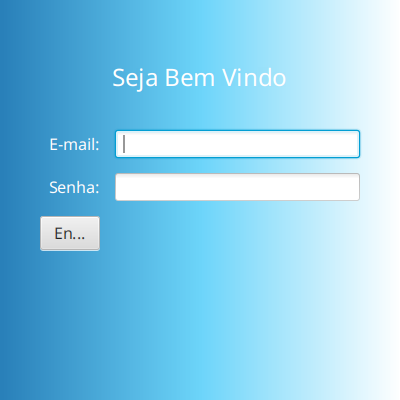
Repository: AlanVidalll/Curso-Java-Completo
Program's window: java exercicios-javafx/src/fxmll/AppFXML.java
The author's editor kept a copy of each file at every save. The program's window is drawn from the files as they stood at one save, then again after the next save.
It runs on Java 21 on a 1366 x 768 screen with JavaFX 11; the title bar is not drawn.

Above is the program's window before, as saved 2020-04-12 13:14:19.

### exercicios-javafx/src/fxmll/AppFXML.java
package fxmll;

import java.net.URL;

import javafx.application.Application;
import javafx.fxml.FXMLLoader;
import javafx.scene.Scene;
import javafx.scene.layout.GridPane;
import javafx.stage.Stage;

public class AppFXML extends Application{

	@Override
	public void start(Stage primaryStage) throws Exception {
		String arquivoCSS = getClass().getResource("/fxmll/Login.css").toExternalForm();
		URL arquivoFXML = getClass().getResource("/fxmll/Login.fxml");
        GridPane rais = FXMLLoader.load(arquivoFXML);

		Scene cena = new Scene(rais,400,400);
		cena.getStylesheets().add(arquivoCSS);

		primaryStage.setResizable(false);
		primaryStage.setTitle("Tela de Login");
		primaryStage.setScene(cena);
		primaryStage.show();
	}

	public static void main(String[] args) {
		launch(args);
	}

}

### exercicios-javafx/src/fxmll/LoginControlador.java
package fxmll;

import javafx.fxml.FXML;
import javafx.scene.control.PasswordField;
import javafx.scene.control.TextField;

public class LoginControlador {


	@FXML
	private TextField campoEmail;
	@FXML
	private PasswordField campoSenha;

	public void entrar() {
		boolean emailValido = campoEmail.getText().equals("alanvidal@gmail.com");
		boolean senhaValida = campoSenha.getText().equals("123456");


		if(emailValido && senhaValida) {

			System.out.println("Sucesso");
		}else {

			System.out.println("Invalido");
		}
}
}

### exercicios-javafx/src/fxmll/Login.fxml
<?xml version="1.0" encoding="UTF-8"?>

<?import javafx.geometry.Insets?>
<?import javafx.scene.layout.*?>
<?import javafx.scene.control.*?>

<GridPane xmlns:fx="http://javafx.com/fxml/1"
fx:controller="fxmll.LoginControlador"
styleClass="login" hgap="15" vgap="15">

     <padding>
     <Insets  left="40" right="40" top="40" bottom="40"/>
     </padding>

     <columnConstraints>
     <ColumnConstraints minWidth="60" prefWidth="60" halignment="right" />
     <ColumnConstraints prefWidth="100" maxWidth="Infinity" hgrow="ALWAYS" />
     </columnConstraints>


<Label text="Seja Bem Vindo"
styleClass="login-titulo"
		GridPane.columnIndex="0" GridPane.rowIndex="0"
		 GridPane.columnSpan="2" GridPane.halignment= "CENTER">
		 <GridPane.margin>
		   <Insets   top="20" bottom="20"/>
		 </GridPane.margin>

		 </Label>

	<Label text="E-mail:"
	styleClass="login-form-label"
		GridPane.columnIndex="0" GridPane.rowIndex="1"></Label>
		<TextField fx:id="campoEmail"
		GridPane.columnIndex="1" GridPane.rowIndex="1"></TextField>

	<Label text="Senha:"
	styleClass="login-form-label"
		GridPane.columnIndex="0" GridPane.rowIndex="2"></Label>
	<PasswordField fx:id="campoSenha"
		GridPane.columnIndex="1" GridPane.rowIndex="2"></PasswordField>

	<Button text="Entrar"
	styleClass="login-form-botao"
	GridPane.columnIndex="0" GridPane.rowIndex="3"
	onAction="#entrar">
	</Button>
</GridPane>

### exercicios-javafx/src/fxmll/Login.css
.login{

	-fx-background-color: linear-gradient(to right, rgb(41, 128, 185), rgb(109, 213, 250), rgb(255, 255, 255));
}
.login-titulo{

	-fx-font-size: 24px;
	-fx-text-fill: #FFF;


}
.login-form-label{

	-fx-font-size: 16px;
	-fx-text-fill: #FFF;
}
.login-form-botao{

	-fx-font-size: 16px;

}

After the next save:
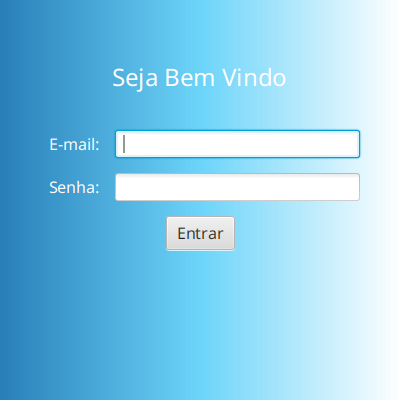
Saved 45 s later.
--- a/exercicios-javafx/src/fxmll/Login.fxml
+++ b/exercicios-javafx/src/fxmll/Login.fxml
@@ -43,6 +43,7 @@
 	<Button text="Entrar"
 	styleClass="login-form-botao"
 	GridPane.columnIndex="0" GridPane.rowIndex="3"
+	GridPane.columnSpan="2" GridPane.halignment= "CENTER"
 	onAction="#entrar">
 	</Button>
 </GridPane>
